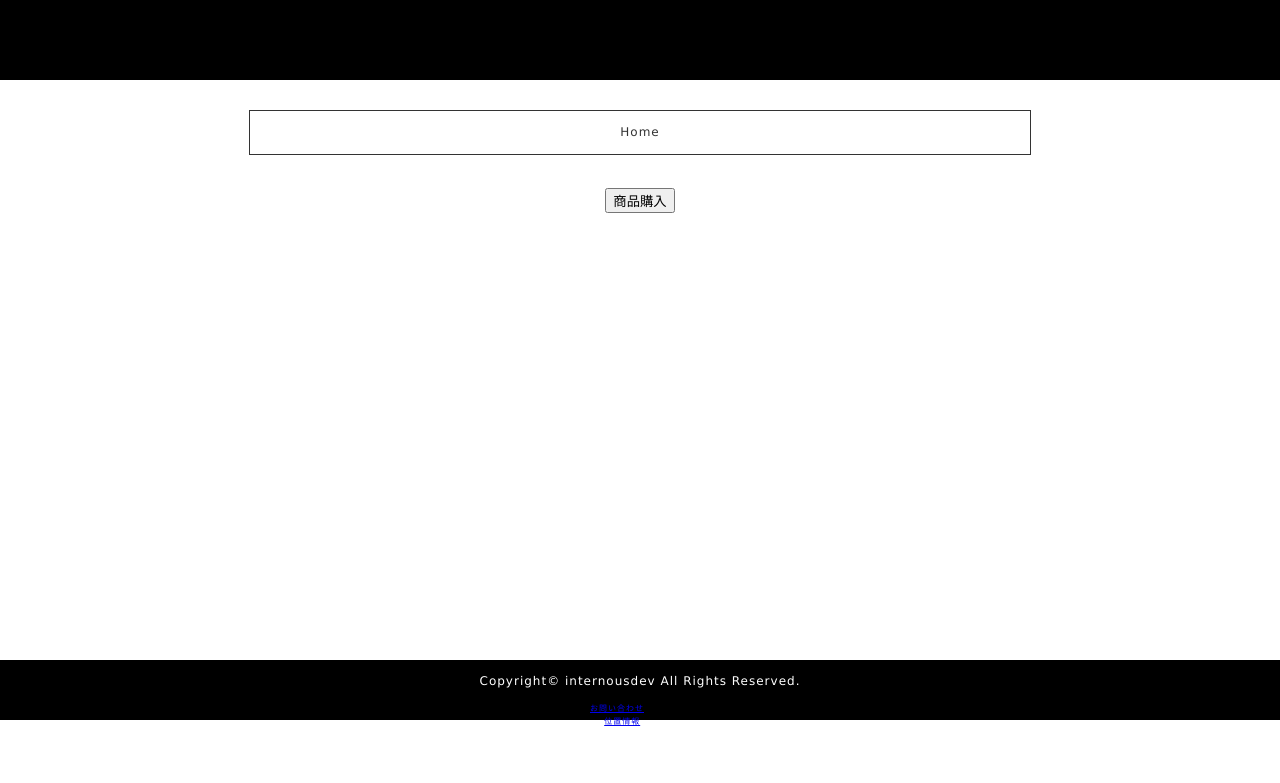
Repository: kanav0208/test
Page: http://localhost/ecsite/
These files come from the project's save history. The page is drawn as it stood at one moment and after the next save; the edit follows.
The browser window is 1280 px wide. The pictures show the whole page.
The page is served by Tomcat 9. Other server files are loaded and not shown.

Above is the page before, as saved 2018-02-20 02:42:11.

### ecsite/WebContent/home.jsp
<%@ page language="java" contentType="text/html; charset=UTF-8"
    pageEncoding="UTF-8"%>
<%@ taglib prefix="s" uri="/struts-tags"%>

<!DOCTYPE html>
<html>
<head>
	<meta charset="utf-8">
	<meta http-equiv="Content-Type" content="text/html; charset=utf-8" />
	<meta http-equiv="Content-Style-Type" content="text/css" />
	<meta http-equiv="Content-Script-Type" content="text/javascript" />
	<meta http-equiv="imagetoolbar" content="no" />
	<meta name="description" content="" />
	<meta name="keywords" content="" />
	<title>Home画面</title>
	<style type="text/css">
		body {
		   margin:0;
		   padding:0;
		   line-height:1.6;
		   letter-spacing:1px;
		   font-family:Verdana, Helvetica, sans-serif;
		   font-size:12px;
		   color:#333;
		   background:#fff;
		}

		table {

			margin:0 auto;
		}

		/* ========TEMPLATE LAYOUT======== */
		#top {
		   width:780px;
		   margin:30px auto;
		   border:1px solid #333;
		}

		#header {
		   width: 100%;
		   height: 80px;
		   background-color: black;
		}

		#main {
		   width: 100%;
		   height: 500px;
		   text-align: center;
		}

		#footer {
	clear:left;
width:100%;
height:60px;
position: absolute;
bottom: 0;
left:0x;
color:white;
background-color:black;
text-align:center;

}


.footer_menu{
	width:100px;
	height:80px;
	margin:0 auto;
	font-size:8px;
}
.footer_menu_1 a{
	float:left;
}

.footer_menu_2{
	float:left;
}
		}


	</style>
</head>
<body>
	<div id="header">
	 	<div id="pr">
		</div>
	</div>
	<div id="main">
		<div id="top">
			<p>Home</p>
		</div>

		<div id="text-center">
			<s:form action="HomeAction">
				<s:submit value="商品購入"/>
			</s:form>
			<s:if test="#session.id != null">
				<p>ログアウトする場合は<a href='<s:url action="LogoutAction" />'>こちら</a></p>
			</s:if>
		</div>
	</div>
	 	<div id="pr">
	 	<div id="footer">
		<p>Copyright© internousdev All Rights Reserved.</p>
		<div class="footer_menu">
			<div class="footer_menu_1">
				<s:form method="post">
					<a href="ContactAction">お問い合わせ</a><br>
				</s:form>
			</div>
			<div class="footer_menu_2">
				&nbsp;&nbsp;&nbsp;&nbsp;<a
					href="https://www.google.co.jp/maps/place/インターノウス">位置情報</a>
			</div>
		</div>
	</div>
		</div>
</body>
</html>

After the next save:
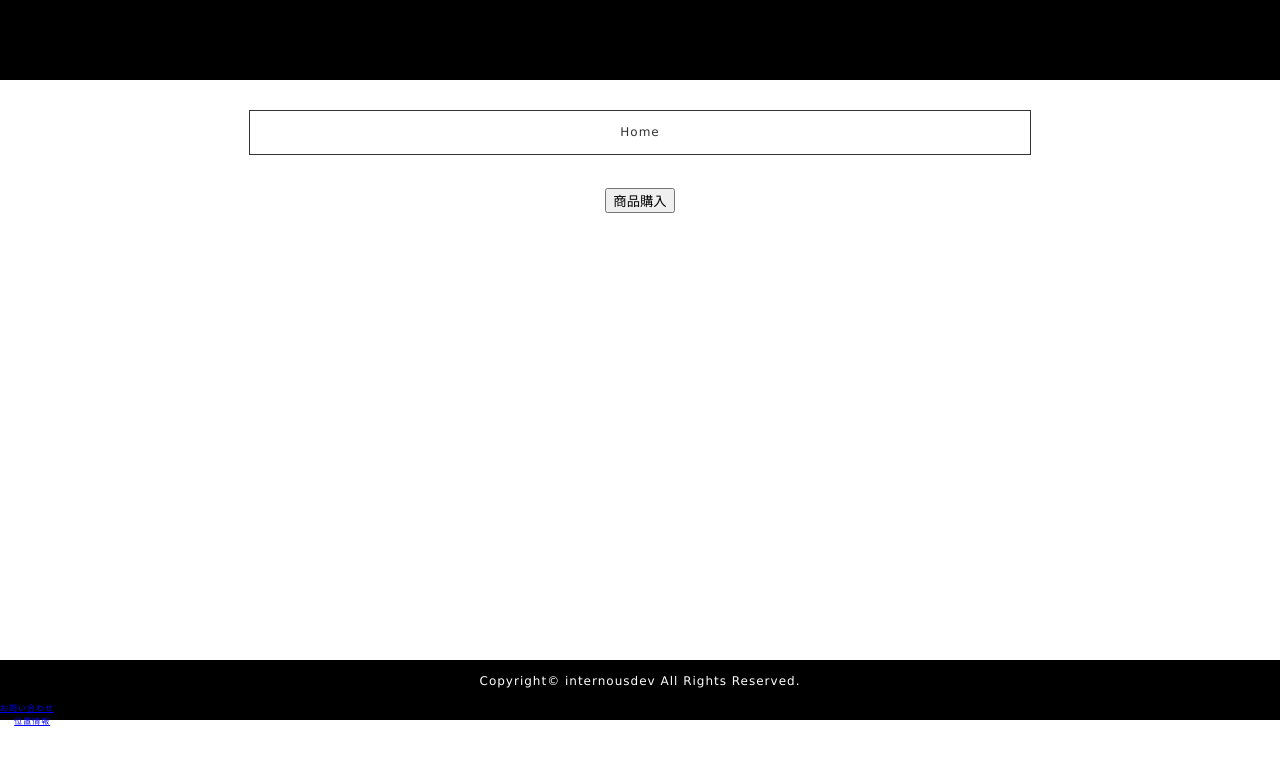
Saved 3 min 46 s later.
--- a/ecsite/WebContent/home.jsp
+++ b/ecsite/WebContent/home.jsp
@@ -66,6 +66,8 @@ text-align:center;
 .footer_menu{
 	width:100px;
 	height:80px;
+	position:absolute;
+	bottom:90;
 	margin:0 auto;
 	font-size:8px;
 }
